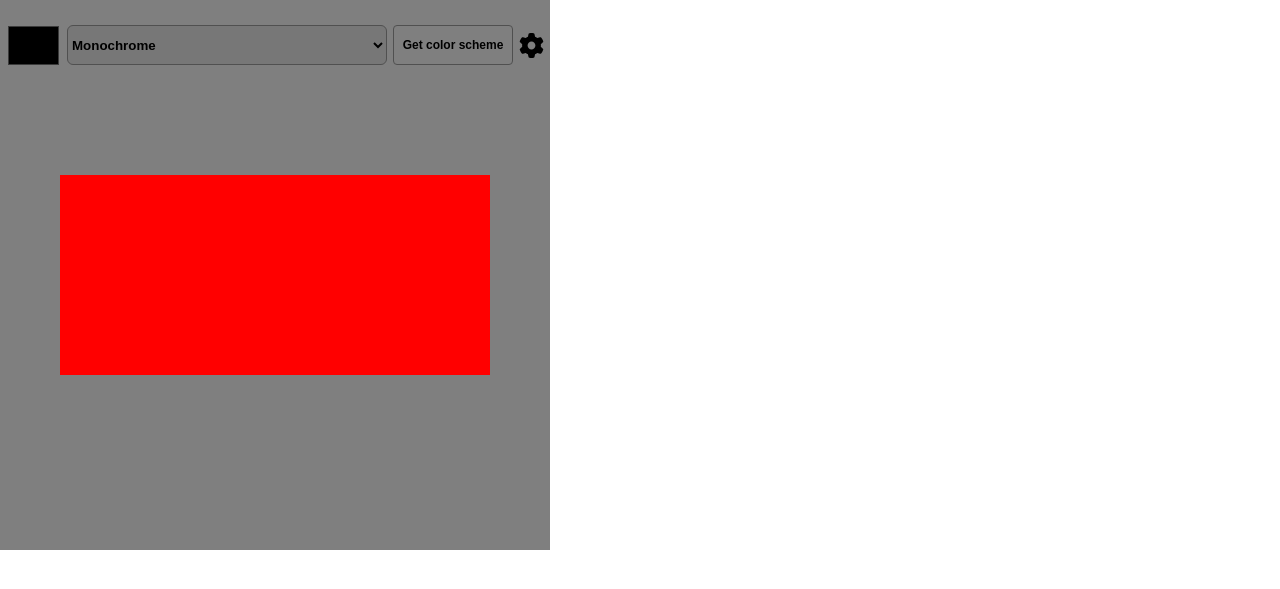
Repository: RadziSzop/colorPicker
Page: index.html
The author's editor kept a copy of each file at every save. The page is drawn from the files as they stood at one save, then again after the next save.
The browser window is 1280 px wide. The pictures show the whole page.

Above is the page before, as saved 2022-03-04 23:00:11.

After the next save:
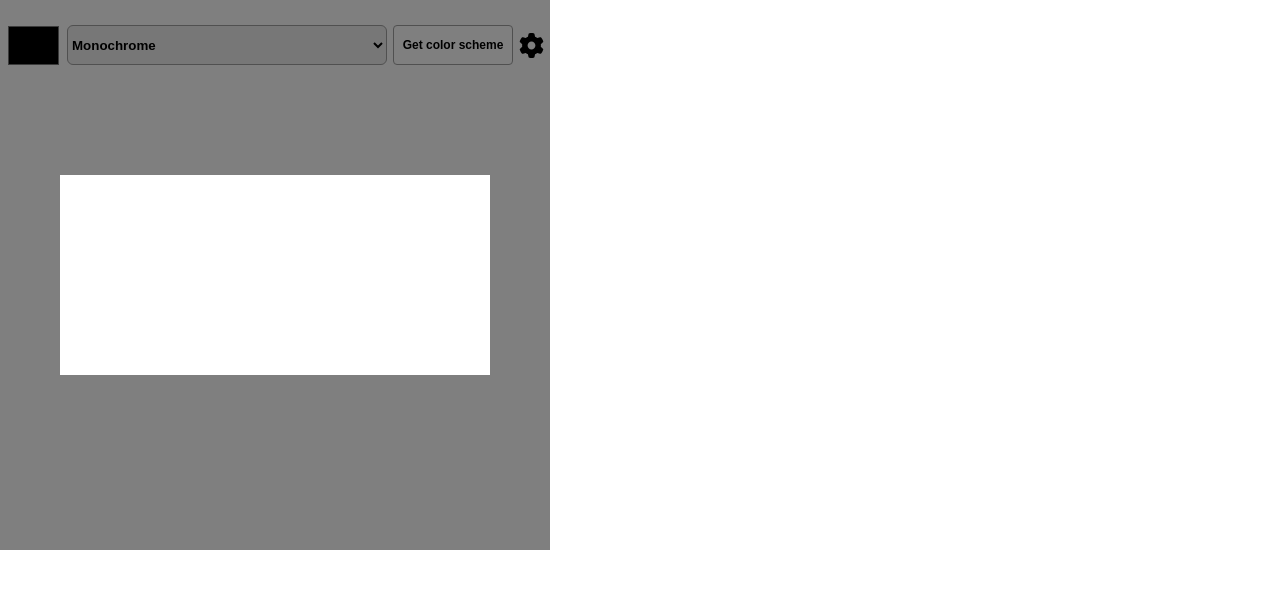
Saved 21 s later.
--- a/style.css
+++ b/style.css
@@ -108,5 +108,5 @@
 .settings {
   height: 200px;
   width: 430px;
-  background-color: red;
+  background-color: white;
 }
